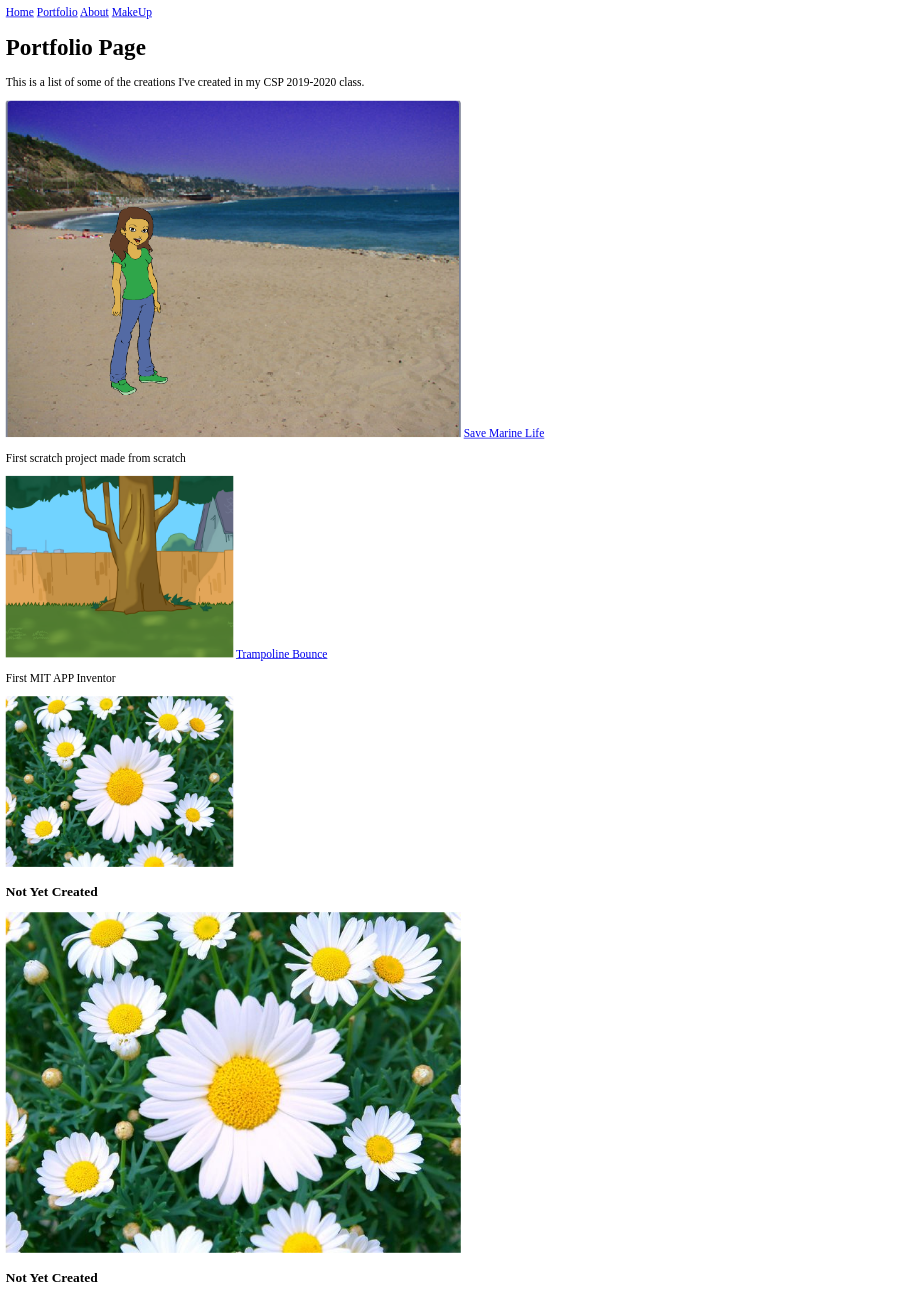
Repository: EMcmurray1862/emcmurray1862.github.io
Page: my_website/portfolio.html
The author's editor kept a record of every edit. The page is drawn from the files as they stood at one moment, then again after the next edit.
The browser window is 1280 px wide. The pictures show the whole page, at 72% of full size.

Above is the page before.

After the next edit:
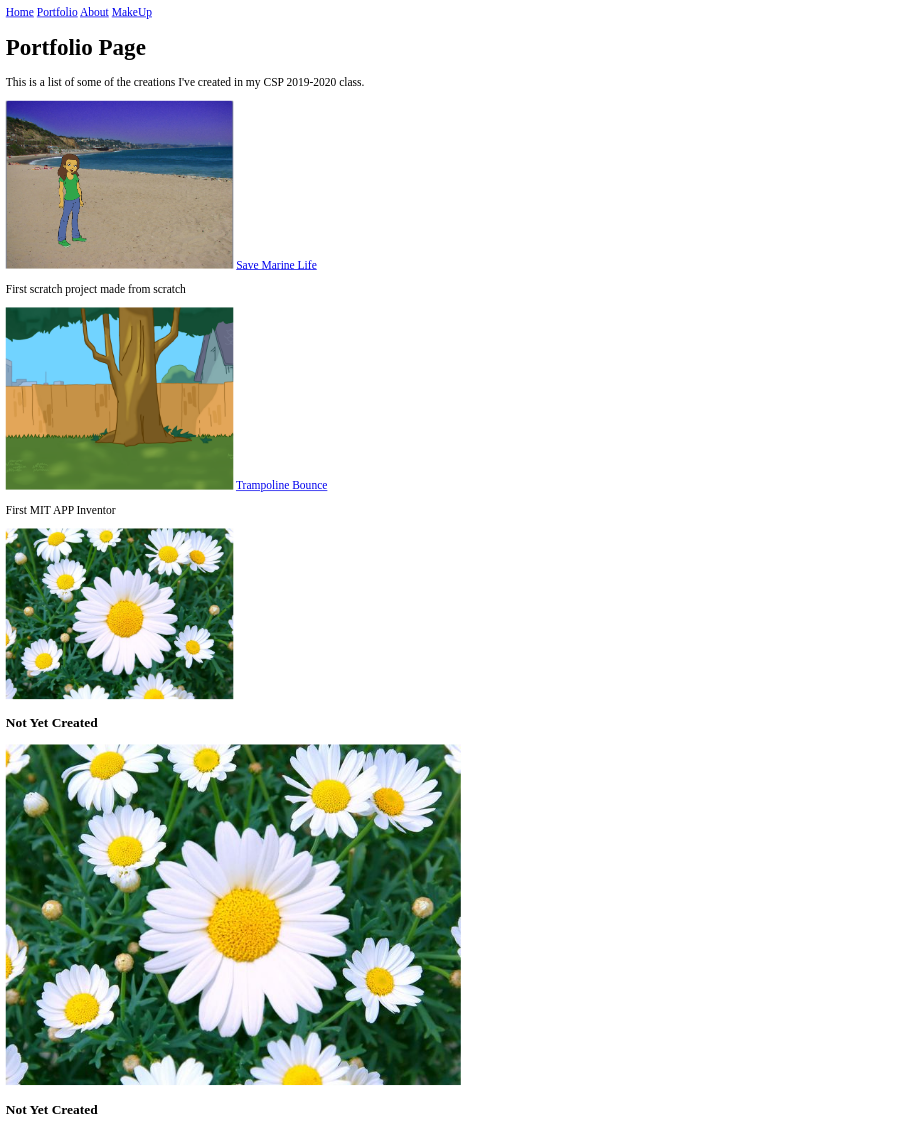
The edit:
--- a/my_website/portfolio.html
+++ b/my_website/portfolio.html
@@ -16,7 +16,7 @@
 <div class="row">
   <div class="column">
     <div class="content">
-    <img src="images/scratch.PNG" style="width:50%" "length:50%">
+    <img src="images/scratch.PNG" style="width:25%" "length:50%">
       <a href="https://scratch.mit.edu/projects/326744008/">Save Marine Life</a>
       <p>First scratch project made from scratch </p>
     </div>
